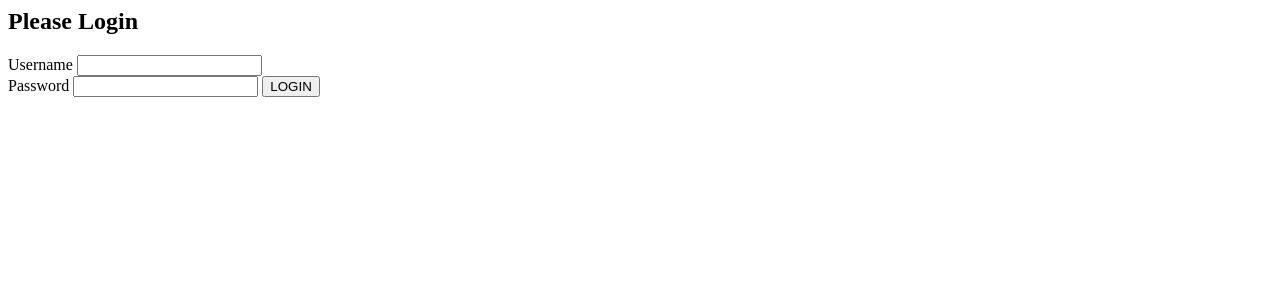
Repository: 1807-mehrab/project-1-KyleAButterfield
Page: ERSK/ERSK/src/main/webapp/ManagerLogin.html
The author's editor kept a copy of each file at every save. The page is drawn from the files as they stood at one save, then again after the next save.
The browser window is 1280 px wide. The pictures show the whole page.

Above is the page before, as saved 2018-07-29 15:51:24.

After the next save:
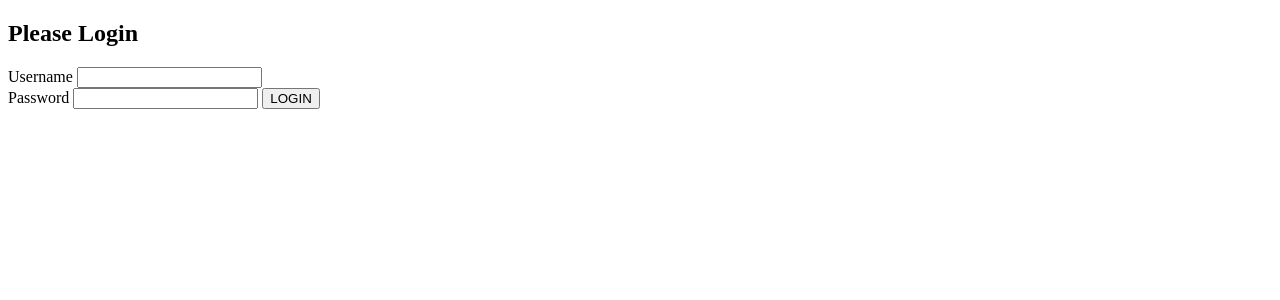
Saved 4 min 9 s later.
--- a/ERSK/ERSK/src/main/webapp/ManagerLogin.html
+++ b/ERSK/ERSK/src/main/webapp/ManagerLogin.html
@@ -1,13 +1,21 @@
+<!DOCTYPE html>
 <html>
+<head>
+<meta charset="ISO-8859-1">
+<title>ERSK</title>
+</head>
 <body>
-<h2>Please Login</h2>
-	<form action="/login" method="get">
+
+	<h2>Please Login</h2>
+	<form action="adminLogin" method="post">
 		<label>Username</label>
 		<input type="text" name ="username">
 		<br>
 		<label>Password</label>
 		<input type="password" name="password">
 		<input type="submit" value="LOGIN">
-	</form>
+
+
+
 </body>
 </html>
